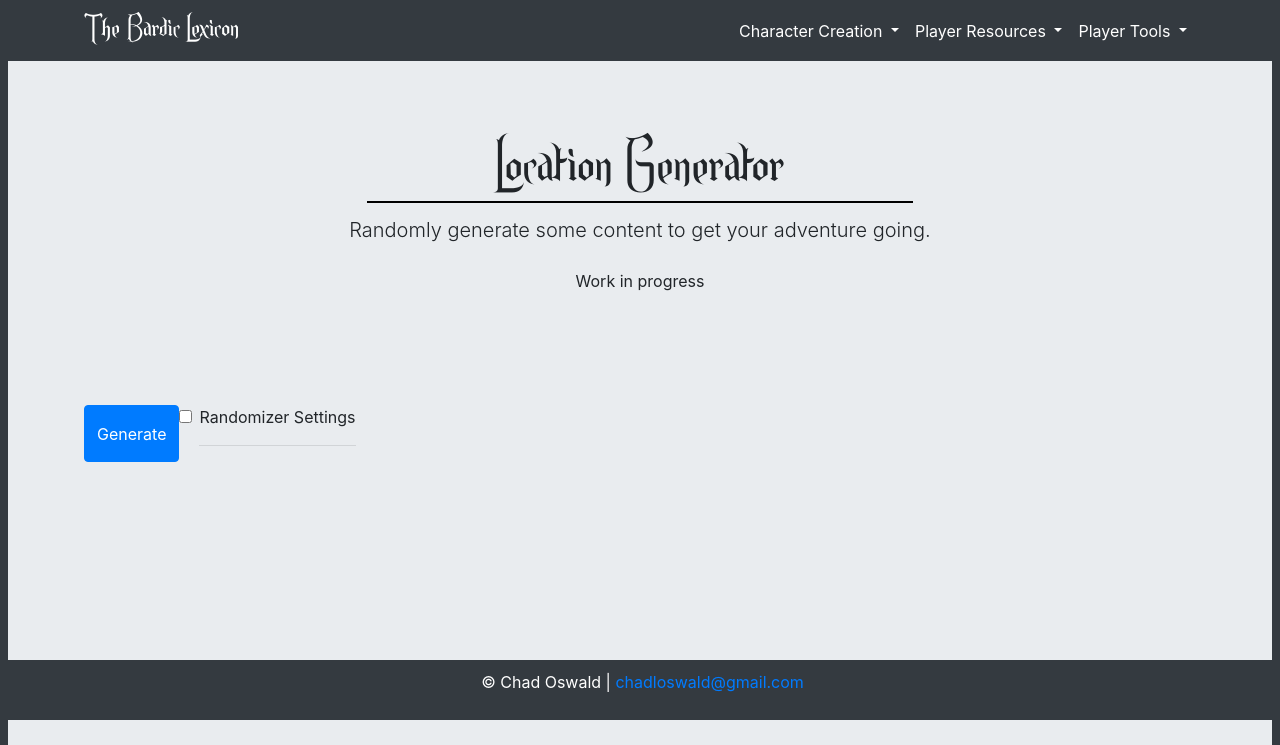
Repository: ChaidGPT/TheBardicLexicon
Page: playerTools/worldGenerator.html
An editor plug-in stored every save of this project. The page is shown before and after the next save, followed by the edit.
The browser window is 1280 px wide. The pictures show the whole page.

Above is the page before, as saved 2024-02-09 13:07:50.

### playerTools/worldGenerator.html
<!DOCTYPE html>
<html lang="en">

<head>
  <meta charset="utf-8" />
  <meta name="viewport" content="width=device-width, initial-scale=1" />
  <title>Location Generator</title>
  <link rel="stylesheet" href="https://cdn.jsdelivr.net/npm/bootstrap@4.3.1/dist/css/bootstrap.min.css"
    integrity="sha384-ggOyR0iXCbMQv3Xipma34MD+dH/1fQ784/j6cY/iJTQUOhcWr7x9JvoRxT2MZw1T" crossorigin="anonymous" />
  <link rel="stylesheet" href="../style.css" />
</head>

<body>
  <header class="header-top">
    <nav class="navbar navbar-expand-lg fixed-top">
      <div class="container">
        <a class="navbar-brand navMonsterName" href="../index.html">The Bardic Lexicon</a>
        <button class="navbar-toggler navbar-dark" type="button" data-toggle="collapse" data-target="#navbarNavDropdown"
          aria-controls="navbarNavDropdown" aria-expanded="false" aria-label="Toggle navigation">
          <span class="navbar-toggler-icon"></span>
        </button>
        <div class="collapse navbar-collapse" id="navbarNavDropdown">
          <ul class="navbar-nav ml-auto nav justify-content-end">
            <li class="nav-item dropdown">
              <a class="nav-link dropdown-toggle" href="#" id="navbarCharacter" role="button" data-toggle="dropdown"
                aria-haspopup="true" aria-expanded="false">
                Character Creation
              </a>
              <div class="dropdown-menu" aria-labelledby="navbarCharacter">
                <a class="dropdown-item" href="../playerResources/races.html">Races</a>
                <a class="dropdown-item" href="../playerResources/classes.html">Classes</a>
                <a class="dropdown-item" href="../playerResources/personality.html">Personality & Inspiration</a>
                <a class="dropdown-item" href="../playerResources/background.html">Character Backgrounds</a>
              </div>
            </li>
            <li class="nav-item dropdown">
              <a class="nav-link dropdown-toggle" href="#" id="navbarResources" role="button" data-toggle="dropdown"
                aria-haspopup="true" aria-expanded="false">
                Player Resources
              </a>
              <div class="dropdown-menu" aria-labelledby="navbarResources">
                <h6 class="dropdown-header">Items</h6>
                <a class="dropdown-item" href="../playerResources/gear.html">Adventuring Gear</a>
                <a class="dropdown-item" href="../playerResources/equipment.html">Equipment</a>
                <div class="dropdown-divider"></div>
                <h6 class="dropdown-header">Magic</h6>
                <a class="dropdown-item" href="../playerResources/spells.html">Spells</a>
                <div class="dropdown-divider"></div>
                <h6 class="dropdown-header">Inhabitants of the Realms</h6>
                <a class="dropdown-item" href="../playerResources/bestiary.html">Bestiary</a>
                <a class="dropdown-item" href="../playerResources/gods.html">Gods & Deities</a>
              </div>
            </li>
            <li class="nav-item dropdown">
              <a class="nav-link dropdown-toggle" href="#" id="navbarDropdown" role="button" data-toggle="dropdown"
                aria-haspopup="true" aria-expanded="false">
                Player Tools
              </a>
              <div class="dropdown-menu" aria-labelledby="navbarDropdown">
                <a class="dropdown-item" href="../playerTools/charSheet.html">Character Sheet</a>
                <a class="dropdown-item" href="../playerTools/dice.html">Dice Roll Generator</a>
                <div class="dropdown-divider"></div>
                <a class="dropdown-item" href="#">More</a>
              </div>
            </li>
          </ul>
        </div>
      </div>
    </nav>
  </header>

  <div class="container" id="monsterPage">
    <div class="container-fluid px-4 py-5 my-5 text-center">
      <h1 class="display-5 fw-bold contentsPageName">
        Location Generator
      </h1>
      <div>
        <div class="horizontal-line"></div>
        <p class="lead mb-4">Randomly generate some content to get your adventure going.</p>
        <p>Work in progress</p>
      </div>
    </div>

    <div class="container mt-5 text-left">

      <!-- Start Location Generator Form -->

      <form id="worldForm" class="mb-4">

        <!-- Start World Name Field -->

        <!-- End World Name Field -->


        <!-- Start Settlement Options -->

        <div class="input-group-append mb-4">
          <button type="submit" class="btn btn-primary">Generate</button>
          <div class="form-check">
            <input class="form-check-input" type="checkbox" id="enableSettlements" data-toggle="collapse"
              data-target="#settlementOptions" />
            <label class="form-check-label ALI" for="enableSettlements">Randomizer Settings</label>
            <hr>
          </div>

          <!-- Add the 'collapse' class to the following div -->
          <div id="settlementOptions" class="collapse">

            <!-- Wrap both settlement options in a common container -->
            <div class="container">

              <!-- Number of Settlements -->
              <div>
                <label for="settlements">Number of Settlements:</label>
                <select class="form-control" id="settlements"
                  title="How many different settlements should be generated?" disabled>
                  <option value="random">Random</option>
                  <option value="1">1</option>
                  <option value="2">2</option>
                  <option value="3">3</option>
                  <option value="4">4</option>
                  <option value="5">5</option>
                  <option value="6">6</option>
                  <option value="7">7</option>
                  <option value="8">8</option>
                  <option value="9">9</option>
                  <option value="10">10</option>
                </select>
              </div>

              <!-- Number of Settlement Points of Interest -->
              <div>
                <label for="settlementPOI">Number of Settlement Points of Interest:</label>
                <select class="form-control" id="settlementPOI"
                  title="How many Points of Interest will exist in each settlement?" disabled>
                  <option value="random">Random</option>
                  <option value="0">0</option>
                  <option value="1">1</option>
                  <option value="2">2</option>
                  <option value="3">3</option>
                  <option value="4">4</option>
                  <option value="5">5</option>
                </select>
              </div>

              <div>
                <label for="races">Diversity of Inhabitants:</label>
                <select class="form-control" id="races"
                  title="How many different races of beings will live in your settlements?" disabled>
                  <option value="random">Random</option>
                  <option value="1">1</option>
                  <option value="2">2</option>
                  <option value="3">3</option>
                  <option value="4">4</option>
                  <option value="5">5</option>
                  <option value="6">6</option>
                  <option value="7">7</option>
                  <option value="8">8</option>
                  <option value="9">9</option>
                  <option value="10">10</option>
                </select>
              </div>

            </div>
          </div>

        </div>
        <!-- End Settlement Options -->




        <!-- Start Template Options -->
        <div class="form-group">
          <div class="form-check">
            <input class="form-check-input" type="checkbox" id="enableTemplate" data-toggle="collapse"
              data-target="#templateOptions" style="display: none;" />
            <label class="form-check-label" for="enableTemplate" style="display: none;">Enable Template</label>
          </div>

          <div id="templateOptions" class="collapse">

            <div class="template-options-container">

              <label for="template">Number of Templates:</label>
              <select class="form-control" id="template" disabled>
                <option value="0">0</option>
                <option value="1">1</option>
                <option value="2">2</option>
                <option value="3">3</option>
                <option value="4">4</option>
                <option value="5">5</option>
                <!-- Add more options as needed -->
              </select>
            </div>

            <!-- Number of Points of Interest -->
            <div class="form-group">
              <label for="templatePOI">Number of Template Points of Interest:</label>
              <select class="form-control" id="templatePOI" disabled>
                <option value="0">0</option>
                <option value="1">1</option>
                <option value="2">2</option>
                <option value="3">3</option>
                <option value="4">4</option>
                <option value="5">5</option>
                <!-- Add more options as needed -->
              </select>
            </div>

          </div>
        </div>
        <!-- End Template Options -->

      </form>

      <!-- End Location Generator Form -->

      <div id="generatedContent"></div>

    </div>
  </div>

  <footer class="page-footer font-small blue fixed-bottom">
    <p>
      &copy; Chad Oswald |
      <a href="mailto:chadloswald@gmail.com">chadloswald@gmail.com</a>
    </p>
  </footer>

  <script src="https://code.jquery.com/jquery-3.3.1.slim.min.js"
    integrity="sha384-q8i/X+965DzO0rT7abK41JStQIAqVgRVzpbzo5smXKp4YfRvH+8abtTE1Pi6jizo"
    crossorigin="anonymous"></script>
  <script src="https://cdn.jsdelivr.net/npm/popper.js@1.14.7/dist/umd/popper.min.js"
    integrity="sha384-UO2eT0CpHqdSJQ6hJty5KVphtPhzWj9WO1clHTMGa3JDZwrnQq4sF86dIHNDz0W1"
    crossorigin="anonymous"></script>
  <script src="https://cdn.jsdelivr.net/npm/bootstrap@4.3.1/dist/js/bootstrap.min.js"
    integrity="sha384-JjSmVgyd0p3pXB1rRibZUAYoIIy6OrQ6VrjIEaFf/nJGzIxFDsf4x0xIM+B07jRM"
    crossorigin="anonymous"></script>
  <script>
    $(function () {
      $('[data-toggle="tooltip"]').tooltip();
    });
  </script>
  <script src="worldGenerator.js"></script>
</body>

</html>

### style.css
@font-face {
  font-family: 'endor';
  src: url('endor.ttf') format('truetype');
}

html {
  border-left: 8px solid #343a40;
  border-right: 8px solid #343a40;
  min-height: 100%;
}

.header-top {
  position: relative;
  z-index: 10;
}

/* CSS for header */
.navbar {
  background-color: #343a40;
  color: #fff;
}

.navbar .navbar-brand {
  color: #fff;
}

.navbar .navbar-brand:hover {
  color: lightgrey;
}

.navbar .nav-link {
  color: #fff;
}

.navbar .nav-link:hover {
  color: lightgrey;
}

nav .navbar-toggler-icon {
  color: #fff;
}

body {
  background-color: #e9ecef;
  padding: 25px 0 0 0;
}

.beast-thumbnail {
  width: auto;
  max-height: 150px;
}

.bestiary-figure {
  border: 2px transparent solid;
  background-color: #fff;
}

.bestiary-figure:hover {
  border: 2px black solid;
}

/* CSS for footer */
footer {
  background-color: #343a40;
  color: #fff;
  padding: 10px;
  margin: 30px 0 0 0;
  display: flex;
  justify-content: center;
  align-items: center;
  border-left: 5px solid #343a40;
}

.goBackBtn {
  position: absolute;
  top: 65px;
  left: 13px;

  padding: .25rem .4rem;
  font-size: .875rem;
  line-height: .5;
  border-radius: .2rem;
}

.jumbotron {
  text-align: center;
  margin-bottom: 100px;
  min-height: 500px;

  h1, p {
    text-align: left;
  }
}

/* .card {
  padding: 20px;
  border: 2px lightgray solid;
  border-radius: 5%;
  max-width: 85%;
  margin: 30px auto;
} */

#monsterPage {
  padding: 20px 0px 150px 0px;
  min-height: 100vh;
  justify-content: center;
  align-items: center;
  text-align: center;
}

.monsterName {
  font-family: 'endor';
  padding-top: 20px;
  padding-bottom: 10px;
  text-align: center;
}

.navMonsterName {
  font-family: 'endor';
  /* padding-top: 20px; */
  padding-bottom: 10px;
}

.contentsPageName {
  font-family: 'endor';
}

a.list-group-flush.border-0 {
  padding-left: 20px;
}

.monsterImageContainer {
  display: flex;
  justify-content: center;
  margin: 0 0 10px 0;
}

.monsterImageContainer img {
  border: 2px black solid;
  border-radius: 5%;
  background-color: #D0C6B1;
  max-width: 300px;
  transition: transform 0.3s ease;
}

#collapseStats {
  border: 2px lightgray solid;
  border-radius: 5%;
  margin: 30px auto;
  padding: 5px 15px;
  background-color: white;
  max-width: 500px;
}

#collapseStats p {
  text-align: left;
}

#collapseStats2 {
  border: 2px lightgray solid;
  margin: 30px auto;
  padding: 5px 15px;
  background-color: white;
  max-width: 500px;
}

#collapseStats2 p {
  text-align: left;
}

#collapseLore {
  border: 2px lightgray solid;
  margin: 30px auto;
  padding: 5px 15px;
  background-color: white;
  max-width: 500px;
}

#collapseLore p {
  text-align: left;
}

li {
  text-align: left;
}

.tableContainer {
  display: flex;
  justify-content: center;
  border-radius: 10px;
}

table {
  border-collapse: collapse;
  width: 300px;
}

.tg {
  border-collapse: collapse;
  border-spacing: 0;
}

.tg td {
  border-color: black;
  border-style: solid;
  border-width: 1px;
  font-family: Arial, sans-serif;
  font-size: 14px;
  overflow: hidden;
  padding: 10px 5px;
  word-break: normal;
}

.tg th {
  border-color: black;
  border-style: solid;
  border-width: 1px;
  font-family: Arial, sans-serif;
  font-size: 14px;
  font-weight: normal;
  overflow: hidden;
  padding: 10px 5px;
  word-break: normal;
}

.tg .tg-uqo3 {
  background-color: #efefef;
  text-align: center;
  vertical-align: top
}

.tg .tg-yj5y {
  background-color: #efefef;
  border-color: inherit;
  text-align: center;
  vertical-align: top
}

.tg .tg-34fe {
  background-color: #c0c0c0;
  border-color: inherit;
  text-align: center;
  vertical-align: top
}


.tg  {border-collapse:collapse;border-spacing:0;}
.tg td{border-color:black;border-style:solid;border-width:1px;font-family:Arial, sans-serif;font-size:14px;
  overflow:hidden;padding:10px 5px;word-break:normal;}
.tg th{border-color:black;border-style:solid;border-width:1px;font-family:Arial, sans-serif;font-size:14px;
  font-weight:normal;overflow:hidden;padding:10px 5px;word-break:normal;}
.tg .tg-f5e1{background-color:#efefef;border-color:#000000;color:#c0c0c0;text-align:center;vertical-align:top}
.tg .tg-yj5y{background-color:#efefef;border-color:inherit;text-align:center;vertical-align:top}
.tg .tg-34fe{background-color:#c0c0c0;border-color:inherit;text-align:center;vertical-align:top}
.tg .tg-kftd{background-color:#efefef;text-align:left;vertical-align:top}



.bold-text {
  font-weight: bold;
}

.underline-text {
  text-decoration: underline;
}

.horizontal-line {
  border-top: 2px solid black;
  width: 50%;
  margin: 12px auto;
  display: flex;
  justify-content: center;
  align-items: center;

  @media screen and (max-width: 786) {
    width: 80%;
    margin: 10px auto;
  }

  @media screen and (max-width: 480px) {
    width: 80%;
    margin: 10px auto;
  }
}

.light-horizontal-line {
  border-top: 1px solid lightgray;
  width: 50%;
  margin: 12px auto;
  display: flex;
  justify-content: center;
  align-items: center;

  @media screen and (max-width: 786) {
    width: 80%;
    margin: 10px auto;
  }

  @media screen and (max-width: 480px) {
    width: 80%;
    margin: 10px auto;
  }
}

/* Monster Page Specific */

.monsterBtn {
  margin: 5px;
  font-family: 'spindles';
}

.critical-failure {
  color: red;
  font-weight: bold;
}

.critical-success {
  color: green;
  font-weight: bold;
}

.attributeForm {
  max-width: 50px;
}

#characterPage {
  padding: 50px 15px 150px 15px;
  min-height: 100vh;
  justify-content: center;
  align-items: center;
}

/* Character Sheet Specific */

.attributes {
  border: 2px solid black;
  padding: 5px;
  max-width: auto;
}

/* Dice page stuff */

.diceBtn {
  margin: 5px;
}

.diceP {
  margin: 0;
}

.diceForm {
  padding-top: 17px;
}

.menuBox {
  background-color: white;
  margin-bottom: 50px;
}

.personalityAccordian {
  margin-bottom: 150px;
}

.godSymbol {
  max-width: 150px;
  margin: 15px;
}


#printButton {
  display: none;
}

Loaded but not shown: playerTools/worldGenerator.js (789 lines, source omitted)

After the next save:
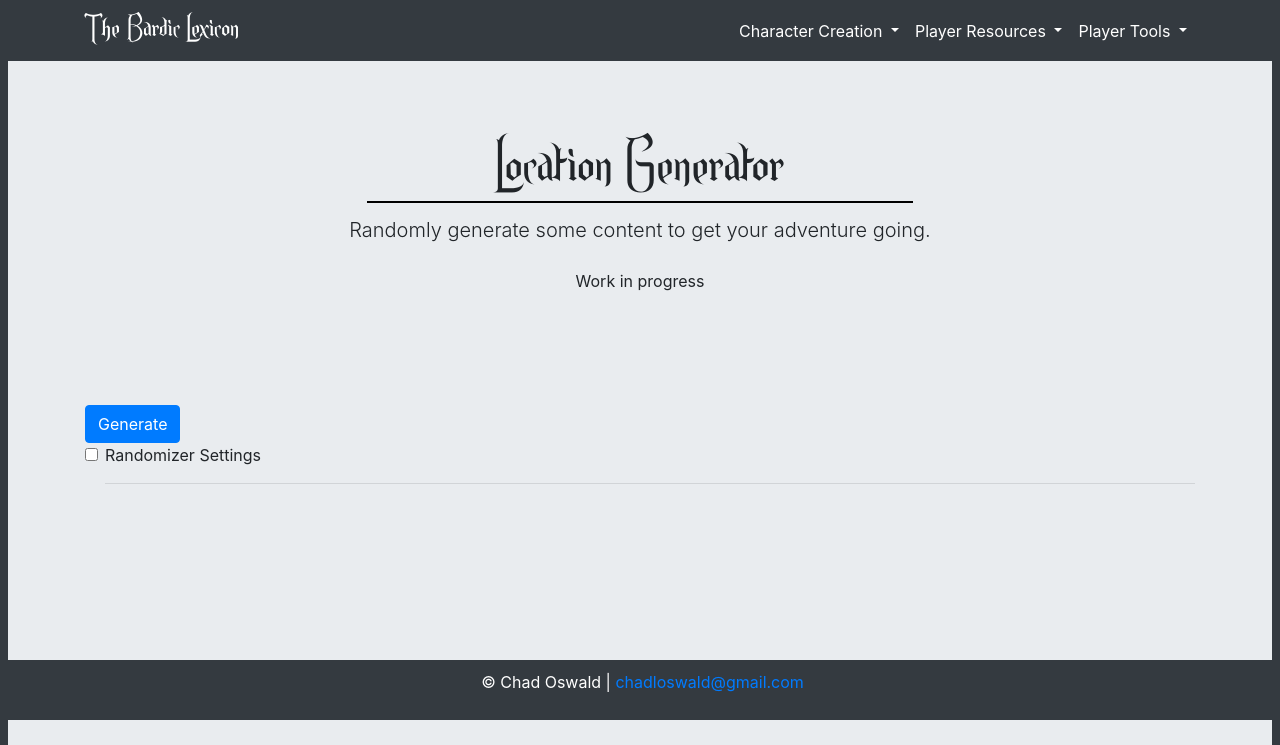
Saved 14 s later.
--- a/playerTools/worldGenerator.html
+++ b/playerTools/worldGenerator.html
@@ -94,7 +94,7 @@
 
         <!-- Start Settlement Options -->
 
-        <div class="input-group-append mb-4">
+        <div class="input-group-sm">
           <button type="submit" class="btn btn-primary">Generate</button>
           <div class="form-check">
             <input class="form-check-input" type="checkbox" id="enableSettlements" data-toggle="collapse"
